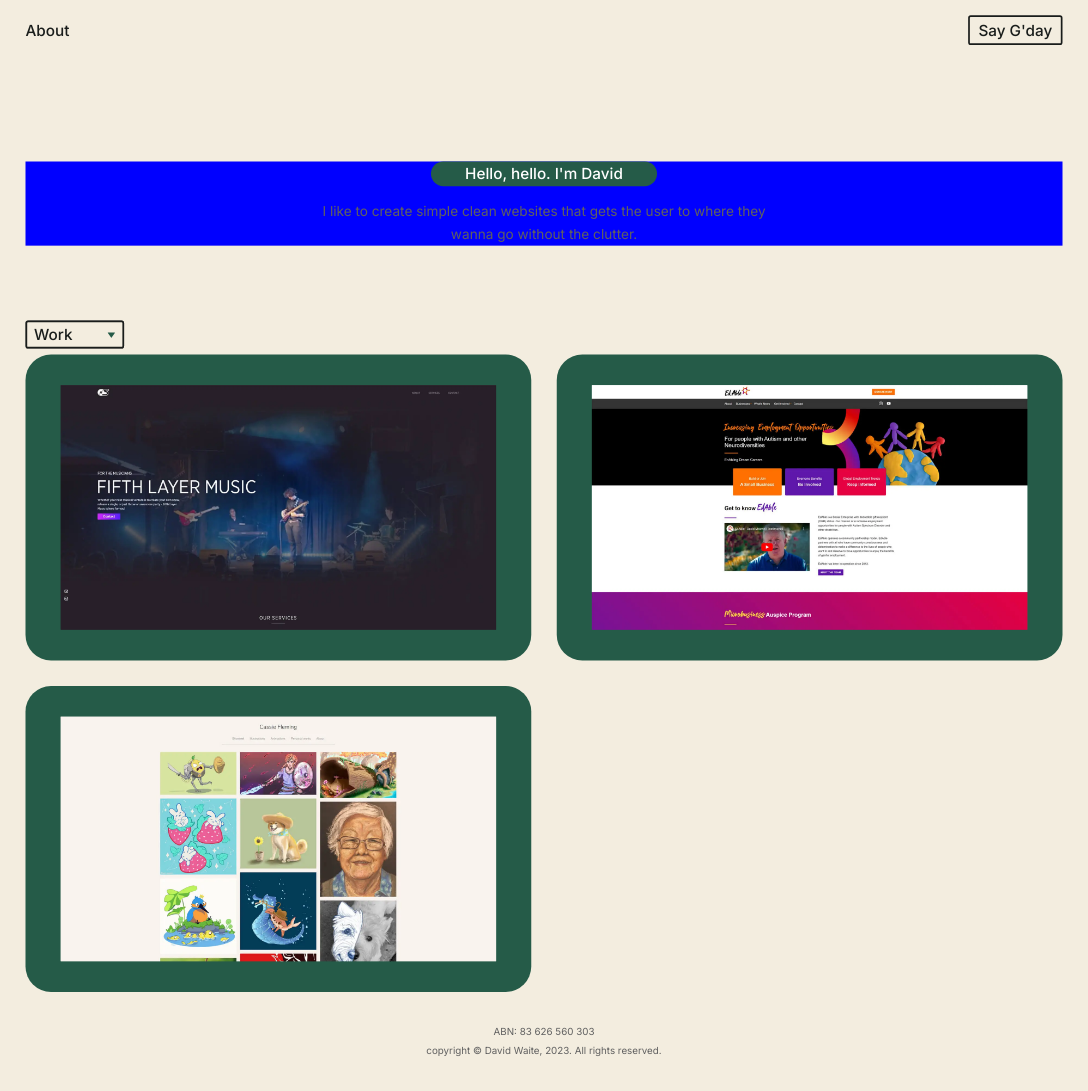
Repository: David-Waite/David-Waite-Portfolio
Page: /
These files come from the project's save history. The page is drawn as it stood at one moment and after the next save; the edit follows.
The browser window is 1280 px wide. The pictures show the whole page, at 85% of full size.
The project was rebuilt for these pictures with package versions that can differ from the ones it lists, and the page was loaded fresh each time. Some packages were replaced by stand-ins written for this rebuild. The framework's server and built-in components were replaced by stand-ins that run in the browser. Also part of the build but not shown: next.config.js.

Above is the page before, as saved 2023-07-28 08:19:03.

### app/layout.tsx
import "./globals.css";
import type { Metadata } from "next";
import { Inter } from "next/font/google";
import NavBar from "./components/Nav/NavBar/NavBar";
import Footer from "./components/Footer/Footer";

const inter = Inter({ subsets: ["latin"] });

export const metadata: Metadata = {
  title: "David Waite | Web Developer",
  description: `David Waite. Web Developer. I like to create simple clean websites that gets the user to where they wanna go without the clutter.`,
};

export default function RootLayout({
  children,
}: {
  children: React.ReactNode;
}) {
  return (
    <html lang="en">
      <body className={inter.className}>
        <NavBar />
        {children}
        <Footer />
      </body>
    </html>
  );
}

### app/page.tsx
import Projects from "./components/Home/Projects/Projects";
import styles from "./page.module.css";

export default function Home() {
  return (
    <main className={styles.main}>
      <div className={styles.headingContainer}>
        <h1>Hello, hello. I&apos;m David</h1>
        <p>
          I like to create simple clean websites that gets the user to where
          they wanna go without the clutter.
        </p>
      </div>

      <Projects />
    </main>
  );
}

### app/contact/send/route.ts
import mail from "@sendgrid/mail";
import { NextResponse } from "next/server";

// Create an api key in sendgrid and store someplace safe
mail.setApiKey(process.env.SENDGRID_API_KEY || "");

type ResponseData = {
  status?: string;
  message?: string;
};

export async function POST(request: Request) {
  let response: ResponseData = {};
  const body = await request.json();
  // I know the formData I sent in my request has name, email, and message fields so I'm just manually grabbing them to format a message
  const message = `
    Name: ${body.name}\r\n
    Email: ${body.email}\r\n
    Message: ${body.message}

  `;
  const data = {
    to: "davidwaite122@gmail.com",
    from: "davidwaiteportfolio@zohomail.com.au",
    subject: "Contact Message via Sendgrid",
    text: message,
    html: message.replace(/\r\n/g, "<br>"),
  };

  // Send the data and create a response object. I'm using status and message to display a success or fail notification in the UI
  await mail
    .send(data)
    .then(() => {
      response = {
        status: "success",
        message: "Your message was sent. I'll be in contact shortly.",
      };
    })
    .catch((error) => {
      response = {
        status: "error",
        message: `Message failed to send with error, ${error}`,
      };
    });

  return NextResponse.json(response);
}

### app/globals.css
:root {
  --primary: #255b48;
  --black: #191d1b;
  --background: #f3eddf;
  --white: #ffffff;
  --grey: #606060;
  --error: #a83c23;
}

.paragraph {
  font-size: 18px;
  font-style: normal;
  font-weight: 400;
  line-height: 25.2px;
  color: var(--black);
}

body {
  background-color: var(--background);
  min-height: 100vh;
  display: flex;
  flex-direction: column;
  justify-content: space-between;
}

* {
  padding: 0;
  margin: 0;
  box-sizing: border-box;
}

### app/components/Nav/NavBar/NavBar.tsx
"use client";
import NavButton from "../NavButton/NavButton";
import styles from "./navBar.module.css";
import { usePathname } from "next/navigation";

import Link from "next/link";

export default function NavBar() {
  const currentRoute = usePathname();

  return (
    <nav className={styles.container}>
      <Link
        className={styles.link}
        href={`./${currentRoute === "/" ? "about" : "/"}`}
      >
        {currentRoute === "/" ? "About" : "Home"}
      </Link>

      {currentRoute !== "/contact" && <NavButton />}
    </nav>
  );
}

### app/components/Footer/Footer.tsx
import styles from "./footer.module.css";

export default function Footer() {
  return (
    <div className={styles.main}>
      <p>ABN: 83 626 560 303</p>
      <p>copyright © David Waite, 2023. All rights reserved.</p>
    </div>
  );
}

### app/components/Home/Projects/Projects.tsx
"use client";

import Image from "next/image";
import styles from "./projects.module.css";
import Dropdown from "../Dropdown/Dropdown";
import { useState } from "react";

export default function About() {
  const projects: any = [
    {
      image: "/simplySpell.webp",
      imageAlt: "Simply Spell",
      link: "main--radiant-pasca-39ceb4.netlify.app",
      description: "An app to help with spelling",
      madeWith: ["React Native", "expo"],
    },
    {
      image: "/2022Porfolio.webp",
      imageAlt: "2022 portfolio",
      link: "myportfolio-three-psi.vercel.app",
      description: "My portfolio from 2022",
      madeWith: ["Next.Js", "Contentful"],
    },
    {
      image: "/hannahsBirthday.webp",
      imageAlt: "hannahs birthday",
      link: "hannahs-birthday.vercel.app",
      description: "A birthday reminder",
      madeWith: ["React.Js"],
    },
    {
      image: "/zappoWebsite.webp",
      imageAlt: "zappo website landing page",
      link: "zappo-fan-page.vercel.app/",
      description: "A page showcasing my favourite lolly ",
      madeWith: ["React.Js"],
    },
    {
      image: "/boredAPI.webp",
      imageAlt: "boredAPI",
      link: "main--endearing-lebkuchen-f290d5.netlify.app",
      description: "Playing around with bored API",
      madeWith: ["JavaScript"],
    },
    {
      image: "/colourFlipper.webp",
      imageAlt: "colour Flipper main page",
      link: "main--superb-zuccutto-1e7bc5.netlify.app",
      description: "A random colour generator",
      madeWith: ["JavaScript"],
    },
  ];

  const work: any = [
    {
      image: "/FifthLayerMusic.webp",
      imageAlt: "Fifth layer music home",
      link: "fifth-layer-music.vercel.app",
      description: "A platform for musicians to do what they do best",
      madeWith: ["Next.Js"],
    },
    {
      image: "/EdAble.webp",
      imageAlt: "Edable Home",
      link: "www.edable.org.au",
      description:
        "A charity working on employing and educating in the field of autism",
      madeWith: ["Next.Js", "Contentful"],
    },
    {
      image: "/CassieFleming.webp",
      imageAlt: "Cassie Fleming illustrations",
      link: "www.cassiefleming.com",
      description: "An animation portfolio",
      madeWith: ["Next.Js", "Contentful"],
    },
  ];

  const [dropdown, setDropdown] = useState({
    selected: "Work",
    unselected: "Projects",
  });

  function handleSelect() {
    setDropdown((prev) => {
      return {
        selected: prev.unselected,
        unselected: prev.selected,
      };
    });
  }
  const data = dropdown.selected === "Projects" ? projects : work;

  const projectCardsElement: any = data.map((item: any) => {
    return (
      <div key={item.title} className={styles.contaner}>
        <div className={styles.outerContainer}>
          <div className={styles.projectsCard}>
            <div className={styles.projectContainer}>
              <div className={styles.projectInfo}>
                <div></div>
                <div>
                  <h2>{item.link}</h2>
                  <p>{item.description}</p>
                  <p className={styles.linkContainer}>
                    <a
                      href={`https://${item.link}`}
                      target="_blank"
                      className={styles.link}
                    >
                      View Website
                    </a>
                  </p>
                </div>

                <ul className={styles.madeWith}>
                  {item.madeWith.map((madewith: any) => (
                    <li key={item.title}>
                      {`${madewith}${
                        madewith === item.madeWith[item.madeWith.length - 1]
                          ? ""
                          : ","
                      }`}
                    </li>
                  ))}
                </ul>
              </div>

              <Image
                className={styles.projectImages}
                src={item.image}
                alt={item.imageAlt}
                fill={true}
              />
            </div>
          </div>
        </div>
      </div>
    );
  });
  return (
    <>
      <Dropdown onClick={handleSelect} dropdown={dropdown} />
      <div className={styles.projectsGrid}>{projectCardsElement}</div>
    </>
  );
}

### app/page.module.css
.main {
  margin: 0 30px;
}
.headingContainer {
  display: flex;
  flex-direction: column;
  align-items: center;
  margin: 120px 0px;
  background-color: blue;
}

.headingContainer h1 {
  background-color: var(--primary);
  color: var(--white);
  font-size: 18px;
  font-weight: 500;
  padding: 4px 40px;
  border-radius: 20px;
  margin-bottom: 16px;
}

.headingContainer p {
  color: var(--grey);
  max-width: 550px;
  text-align: center;
  line-height: 27px;
}

@media (max-width: 768px) {
  .main {
    margin: 0 20px;
  }
}

@media (max-width: 425px) {
  .headingContainer h1,
  .headingContainer h1 p {
    font-size: 16px;
  }
}

### app/components/Nav/NavButton/NavButton.tsx
import styles from "./navButton.module.css";

import Link from "next/link";

export default function NavButton() {
  return (
    <Link className={styles.container} href={"./contact"}>
      Say G&apos;day
    </Link>
  );
}

### app/components/Nav/NavBar/navBar.module.css
.container {
  display: flex;
  align-items: center;
  justify-content: space-between;
  height: 70px;
  padding: 0 30px;
}

.link {
  color: var(--black);
  text-decoration: none;
  font-size: 18px;
  font-weight: 500;
  cursor: pointer !important;
}

.link:hover {
  color: var(--grey);
}

@media (max-width: 768px) {
  .container {
    padding: 0 20px;
  }
}
@media (max-width: 425px) {
  .link {
    font-size: 16px;
  }
}

### app/components/Footer/footer.module.css
.main {
  text-align: center;
  margin-top: 40px;
  margin-bottom: 40px;
  font-size: 11.52px;
  color: var(--grey);
  display: flex;
  flex-direction: column;
  gap: 8px;
}

### app/components/Home/Projects/projects.module.css
.projectsGrid {
  display: grid;
  grid-template-columns: 1fr 1fr 1fr;
  gap: 30px;
}

.projectsCard {
  background-color: var(--primary);
  height: calc((100vw / 3) / 16 * 9);
  border-radius: 30px;
  display: flex;
  align-items: center;
  justify-content: center;
}

.projectContainer {
  position: relative;
  height: calc(100% - 120px);
  width: calc(100% - 168px);
}
.projectImages {
  object-fit: contain;
  z-index: 0;
  transition: 0.4s;
  border-radius: 3px;
}
.projectInfo {
  position: absolute;
  top: 50%;
  left: 50%;
  width: 100%;
  height: 100%;
  transform: translate(-50%, -50%);
  z-index: 2;
  display: flex;
  flex-direction: column;
  justify-content: space-between;
  align-items: center;
  opacity: 0;
  transition: 0.4s;
}

.projectsCard h2 {
  text-align: center;
  color: var(--white);
  font-size: 18px;
  font-weight: 500;
}

.projectsCard p {
  font-size: 18px;
  text-align: center;
  margin: 8px 30px 0 30px;
  color: var(--white);
  font-weight: 300;
}

.madeWith {
  list-style: none;
  display: flex;
  justify-content: center;
  gap: 8px;
  color: #a7a7a7;
  font-size: 14.4px;
}

.contaner:hover .projectImages {
  opacity: 0;
  transform: scale(1.1);
}

.contaner:hover .projectInfo {
  opacity: 1;
}

.linkContainer {
  padding-top: 16px;
}
.link {
  text-align: center;
  border: 2px solid var(--white);
  padding: 4px 8px;
  text-decoration: none;
  color: var(--white);
  border-radius: 3px;
  font-weight: 500;
}

.link:hover {
  color: var(--primary);
  background-color: var(--white);
}
@media (max-width: 1700px) {
  .projectContainer {
    height: calc(100% - 68px);
    width: calc(100% - 82px);
  }
}

@media (max-width: 1300px) {
  .projectsGrid {
    grid-template-columns: 1fr 1fr;
  }

  .projectsCard {
    background-color: var(--primary);
    height: calc((100vw / 2) / 16 * 9);
  }
}

@media (max-width: 768px) {
  .projectsGrid {
    grid-template-columns: 1fr;
    gap: 20px;
  }

  .projectsCard {
    height: calc((100vw) / 16 * 9);
  }

  .projectContainer {
    height: calc(100% - 50px);
    width: calc(100% - 50px);
  }
}

@media (max-width: 425px) {
  .projectsCard p,
  .projectsCard h2 {
    font-size: 16px;
  }
  .link {
    font-size: 12px;
  }
  .linkContainer {
    padding-top: 8px;
  }

  .madeWith {
    font-size: 12.8px;
  }
  .projectContainer {
    height: calc(100% - 50px);
    width: calc(100% - 0px);
  }
}

### app/components/Home/Dropdown/Dropdown.tsx
"use client";

import { useState } from "react";
import styles from "./dropdown.module.css";
import { BiSolidDownArrow } from "react-icons/bi";

export default function Dropdown(props: { onClick: any; dropdown: any }) {
  const [selectTopHover, setSelectTopHover] = useState(false);
  const [hover, setHover] = useState(false);

  function handleSelect() {
    props.onClick();
    setHover(false);
  }

  function toggleSelect() {
    setHover((prev) => !prev);
  }

  const openStyle = {
    top: "-32px",
  };

  const closedStyle = {
    top: "6px",
  };

  const openSVGStyle = {
    transform: "rotate(180deg)",
  };

  const hoverSVGStyle = {
    color: "white",
  };

  return (
    <div
      className={styles.selectContainer}
      onMouseLeave={() => setHover(false)}
    >
      <div
        className={styles.select}
        onMouseOver={() => setSelectTopHover(true)}
        onMouseOut={() => setSelectTopHover(false)}
        onClick={toggleSelect}
      >
        {props.dropdown.selected}
        <BiSolidDownArrow
          style={Object.assign(
            hover && openSVGStyle,
            selectTopHover && hoverSVGStyle
          )}
        />
      </div>
      <div
        onClick={handleSelect}
        className={styles.dropdown}
        style={hover ? closedStyle : hover === false ? openStyle : closedStyle}
      >
        {props.dropdown.unselected}
      </div>
    </div>
  );
}

### app/components/Nav/NavButton/navButton.module.css
.container {
  border: 2px solid var(--black);
  color: var(--black);
  font-weight: 500;
  border-radius: 3px;
  font-size: 18px;
  padding: 5px 10px;
  transition: 0.3s;
  text-decoration: none;
  cursor: pointer !important;
}

.container:hover {
  background-color: var(--primary);
  color: var(--white);
}

@media (max-width: 425px) {
  .container {
    font-size: 16px;
  }
}

### app/components/Home/Dropdown/dropdown.module.css
.selectContainer {
  display: flex;
  position: relative;
  width: 116px;

  height: 8px;
}
.select {
  width: 116px;
  z-index: 2;
  top: -32px;
  position: absolute;
  display: flex;
  justify-content: space-between;
  align-items: center;
  font-size: 18px;
  color: var(--black);
  border: 2px solid var(--black);
  border-radius: 3px;
  padding: 4px 8px;
  background-color: var(--background);
  margin-bottom: 8px;
  font-weight: 500;
  transition: 0.3s;
  cursor: pointer !important;
}

.select:hover {
  background-color: var(--primary);
  color: var(--white);
}

.select svg {
  font-size: 10px;
  color: var(--primary);
  transition: 0.3s;
}

.dropdown {
  position: absolute;
  z-index: 1;
  color: var(--grey);
  width: 100%;
  font-size: 18px;
  border: 2px solid var(--grey);
  border-radius: 3px;
  padding: 4px 8px;
  background-color: var(--background);
  margin-bottom: 8px;
  transition: 0.3s;
  font-weight: 500;
  cursor: pointer !important;
}

.dropdown:hover {
  background-color: var(--primary);
  color: var(--white);
  border-color: var(--black);
}

@media (max-width: 425px) {
  .select,
  .dropdown {
    font-size: 16px;
    width: 108px;
  }
}

After the next save:
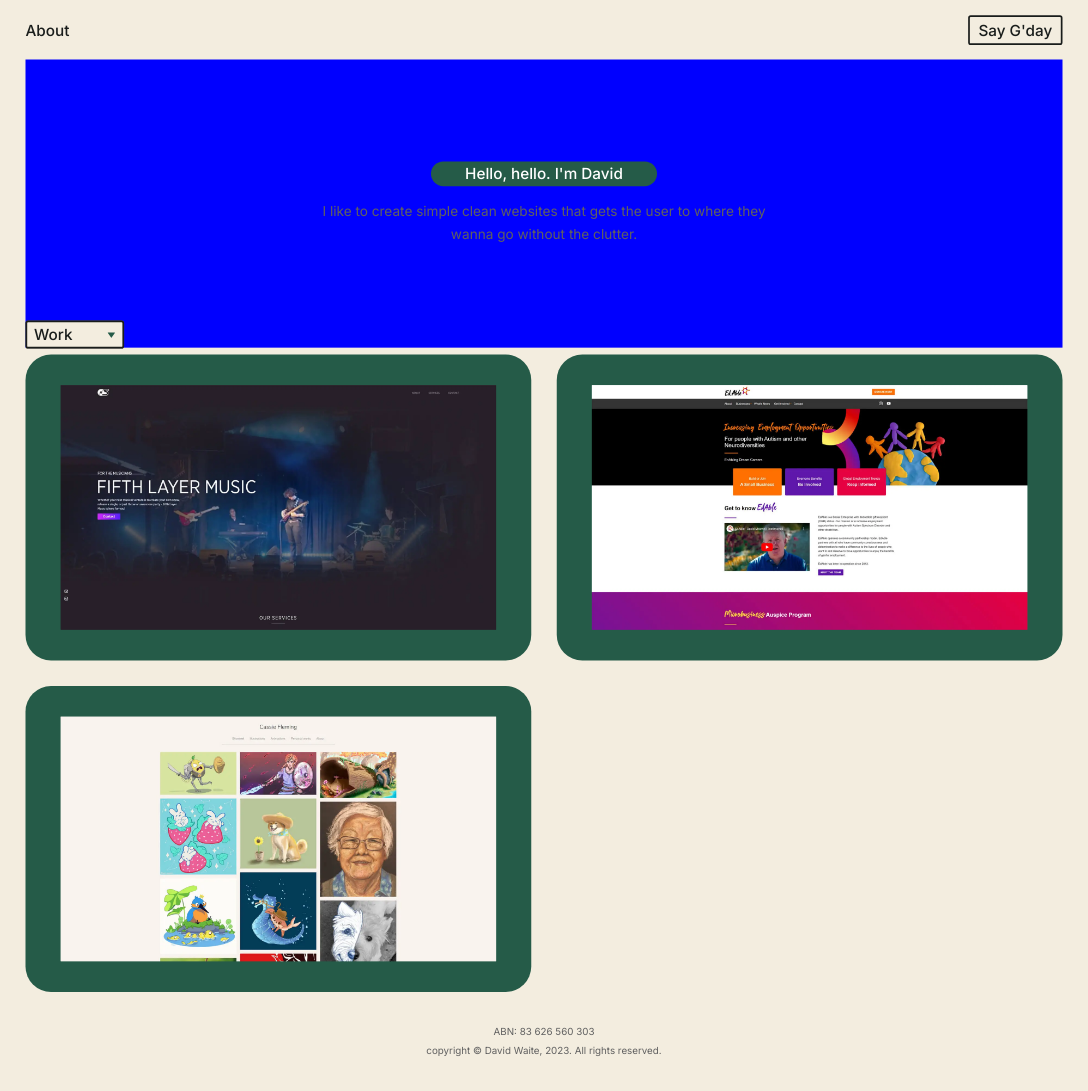
Saved 8 s later.
--- a/app/page.module.css
+++ b/app/page.module.css
@@ -5,7 +5,7 @@
   display: flex;
   flex-direction: column;
   align-items: center;
-  margin: 120px 0px;
+  padding: 120px 0px;
   background-color: blue;
 }
 
